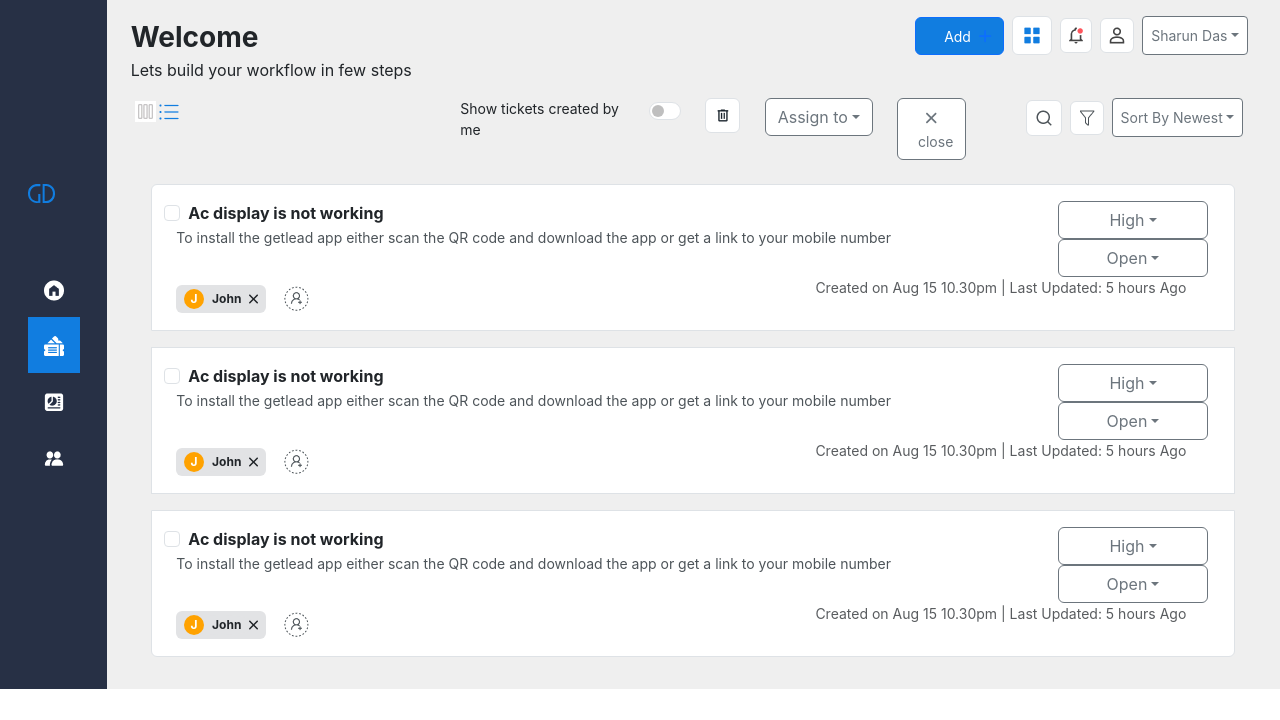
Repository: rishikarajeev/GL_HelpDesk
Page: /
An editor plug-in stored every save of this project. The page is shown before and after the next save, followed by the edit.
The browser window is 1280 px wide. The pictures show the whole page.
The project was rebuilt for these pictures with package versions that can differ from the ones it lists, and the page was loaded fresh each time. Also part of the build but not shown: src/App.css, src/Pages/HomePage.jsx.

Above is the page before, as saved 2024-01-11 14:09:13.

### public/index.html
<!DOCTYPE html>
<html lang="en">
  <head>
    <meta charset="utf-8" />
    <link rel="icon" href="%PUBLIC_URL%/favicon.ico" />
    <meta name="viewport" content="width=device-width, initial-scale=1" />
    <meta name="theme-color" content="#000000" />
    <meta
      name="description"
      content="Web site created using create-react-app"
    />
    <link rel="apple-touch-icon" href="%PUBLIC_URL%/logo192.png" />
    <link href="https://cdn.jsdelivr.net/npm/bootstrap@5.3.2/dist/css/bootstrap.min.css" rel="stylesheet" integrity="sha384-T3c6CoIi6uLrA9TneNEoa7RxnatzjcDSCmG1MXxSR1GAsXEV/Dwwykc2MPK8M2HN" crossorigin="anonymous">
   <script src="https://cdn.jsdelivr.net/npm/bootstrap@5.3.2/dist/js/bootstrap.bundle.min.js" integrity="sha384-C6RzsynM9kWDrMNeT87bh95OGNyZPhcTNXj1NW7RuBCsyN/o0jlpcV8Qyq46cDfL" crossorigin="anonymous"></script>

   <!--
      manifest.json provides metadata used when your web app is installed on a
      user's mobile device or desktop. See https://developers.google.com/web/fundamentals/web-app-manifest/
    -->
    <link rel="manifest" href="%PUBLIC_URL%/manifest.json" />
    <!--
      Notice the use of %PUBLIC_URL% in the tags above.
      It will be replaced with the URL of the `public` folder during the build.
      Only files inside the `public` folder can be referenced from the HTML.

      Unlike "/favicon.ico" or "favicon.ico", "%PUBLIC_URL%/favicon.ico" will
      work correctly both with client-side routing and a non-root public URL.
      Learn how to configure a non-root public URL by running `npm run build`.
    -->
    <title>React App</title>
  </head>
  <body>
    <noscript>You need to enable JavaScript to run this app.</noscript>
    <div id="root"></div>
    <!--
      This HTML file is a template.
      If you open it directly in the browser, you will see an empty page.

      You can add webfonts, meta tags, or analytics to this file.
      The build step will place the bundled scripts into the <body> tag.

      To begin the development, run `npm start` or `yarn start`.
      To create a production bundle, use `npm run build` or `yarn build`.
    -->
  </body>
</html>

### src/index.js
import React from "react";
import ReactDOM from "react-dom/client";
import "./index.css";
import App from "./App";
import reportWebVitals from "./reportWebVitals";


const root = ReactDOM.createRoot(document.getElementById("root"));
root.render(<App />);

// If you want to start measuring performance in your app, pass a function
// to log results (for example: reportWebVitals(console.log))
// or send to an analytics endpoint. Learn more: https://bit.ly/CRA-vitals
reportWebVitals();

### src/App.js
import logo from "./logo.svg";
import "./App.css";

import { BrowserRouter, Route, Routes } from "react-router-dom";
import ViewTickets from "./Pages/ViewTickets";
import HomePage from "./Pages/HomePage";
import SideBar from "./Components/SideBar";
import { Container, Row, Col } from "react-bootstrap";
import Header from "./Components/Header";
import "./Assets/Css/Styles.css"

function App() {
  return (
    <BrowserRouter>
      <Container fluid>
        <Row>
          <Col xl={1} className="sideBg">
            <SideBar />
          </Col>
          <Col xl={11} className="bgColor">
            <Header />
            <Routes>
              <Route path="/" element={<ViewTickets />}></Route>
              <Route path="/showtickets" element={<ViewTickets />}></Route>
              <Route path="/home" element={<HomePage />}></Route>
            </Routes>
          </Col>
        </Row>
      </Container>
    </BrowserRouter>
  );
}

export default App;

### src/Pages/ViewTickets.jsx
import React from "react";
import TicketItem from "../Components/TicketItem";
import {
  Container,
  Row,
  Col,
  Navbar,
  Nav,
  Button,
  ListGroup,
  Dropdown,Image
} from "react-bootstrap";
import column_icon from "../Assets/Images/fluent_column-triple-20-regular.jpg";
import list_icon from "../Assets/Images/ph_list-bullets-light.png";
import search_icon from "../Assets/Images/ri_search-line.png";
import delete_icon from "../Assets/Images/material-symbols_delete-outline.jpg";
import { FontAwesomeIcon } from "@fortawesome/react-fontawesome";
import { faTimes } from "@fortawesome/free-solid-svg-icons";
import filter_icon from "../Assets/Images/cil_filter.png";

function ViewTickets() {
  return (
    <Container >
      <Row className=" mt-3 mb-2  ">
        <Col>
          <img src={column_icon} alt="Local Icon" />

          <img src={list_icon} />
        </Col>
        <Col className="d-none d-lg-block">
          <div class="form-check form-switch ms-0 d-flex align-items-start">
          <label
              class="form-check-label small me-5 p "
              for="flexSwitchCheckDefault"
            >
              Show tickets created by me
            </label>
          <input
              className="form-check-input p-2"
              type="checkbox"
              role="switch"
              id="flexSwitchCheckDefault"
            />



          </div>
        </Col>
        <Col className="d-none d-md-block ">
          <Row >
          <Col >
          <Image
            src={delete_icon}
            alt="Local Icon"
            className="img-thumbnail  bg-white p-2"
          />
          </Col>
          <Col>
            <Dropdown >
              <Dropdown.Toggle variant="outline-secondary" id="dropdown-basic"  className="bg-white" >
              Assign to
              </Dropdown.Toggle>

              <Dropdown.Menu>
                <Dropdown.Item href="#/action-1">Assign to </Dropdown.Item>
                <Dropdown.Item href="#/action-2">Sharun</Dropdown.Item>

              </Dropdown.Menu>
            </Dropdown>
            </Col>
            <Col>
          <Button variant="btn btn-outline-secondary bg-white ">
            <FontAwesomeIcon icon={faTimes} className="small" />
            <span className="small ms-2">close</span>
          </Button>
          </Col>
          </Row>
        </Col>
        <Col className="text-end d-none d-lg-block">
          <img
            src={search_icon}
            alt="Local Icon"
            className="img-thumbnail me-2 p-2 bg-white"
          />
          <img
            src={filter_icon}
            alt="Local Icon"
            className="img-thumbnail me-2 p-2 bg-white"
          />
          <button
            class="btn btn-outline-secondary btn-sm dropdown-toggle me-2  p-2 bg-white"
            type="button"
            data-bs-toggle="dropdown"
            aria-expanded="false"
          >
            Sort By Newest
          </button>
        </Col>
      </Row>
      <ListGroup className="p-3">
        <ListGroup.Item className=" border mb-3">
          <TicketItem />
        </ListGroup.Item>
        <ListGroup.Item className=" border mb-3">
          <TicketItem />
        </ListGroup.Item>
        <ListGroup.Item className=" border mb-3">
          <TicketItem />
        </ListGroup.Item>
      </ListGroup>
    </Container>
  );
}

export default ViewTickets;

### src/Components/SideBar.jsx
import React, { useState } from "react";
import { Navbar, Nav } from "react-bootstrap";
import ticketIcon from "../Assets/Images/Layer_1.png";
import logo from "../Assets/Images/logo.png";
import profile from "../Assets/Images/profile_icon.png";
import filemanagr from "../Assets/Images/Frame.png";
import homeIcon from "../Assets/Images/el_home-alt.png";
import "../Assets/Css/Styles.css";

function SideBar() {
  const [activeIcon, setActiveIcon] = useState("tickets"); // Set the initial active icon

  return (
    <Navbar expand="lg" variant="dark" className=" p-3  h-100">
      <Navbar.Toggle aria-controls="sidebar" className="order-0 ml-auto" />
      <Navbar.Collapse id="sidebar">
        <Nav className="flex-column sideBg">
          <Navbar.Brand className="mb-5">
            {" "}
            <img src={logo} alt="Home Icon " className="icon" />
          </Navbar.Brand>

          <Nav.Item
            className={`nav-item p-2 ${
              activeIcon === "home" ? "selectedColor" : ""
            }`}
          >
            <Nav.Link
              className="nav-link text-white"
              onClick={() => setActiveIcon("home")}
              href="/home"
            >
              <img src={homeIcon} alt="Home Icon" className="icon" />
            </Nav.Link>
          </Nav.Item>
          <Nav.Item
            className={`nav-item p-2 ${
              activeIcon === "tickets" ? "selectedColor" : ""
            }`}
          >
            <Nav.Link
              className="nav-link"
              onClick={() => setActiveIcon("tickets")}
              href="/showtickets"
            >
              <img src={ticketIcon} alt="Ticket Icon" className="icon" />
            </Nav.Link>
          </Nav.Item>
          <Nav.Item
            className={`nav-item p-2 ${
              activeIcon === "file" ? "selectedColor" : ""
            }`}
          >
            <Nav.Link
              className="nav-link"
              onClick={() => setActiveIcon("file")}
              href="#"
            >
              <img src={filemanagr} alt="file Icon" className="icon" />
            </Nav.Link>
          </Nav.Item>
          <Nav.Item
            className={`nav-item p-2 ${
              activeIcon === "profile" ? "selectedColor" : ""
            }`}
          >
            <Nav.Link
              className="nav-link"
              onClick={() => setActiveIcon("profile")}
              href="#"
            >
              <img src={profile} alt="profile Icon" className="icon" />
            </Nav.Link>
          </Nav.Item>
          <Nav.Item
            className={`nav-item p-2 ${
              activeIcon === "settings" ? "selectedColor" : ""
            }`}
          >
            <Nav.Link
              className="nav-link text-white"
              onClick={() => setActiveIcon("settings")}
              href="#"
            >
              <i className="fas fa-cogs"></i>
            </Nav.Link>
          </Nav.Item>
        </Nav>
      </Navbar.Collapse>
    </Navbar>
  );
}

export default SideBar;

### src/Components/Header.jsx
import React from "react";

import menu_icon from "../Assets/Images/ep_menu.png";
import notificatn_icon from "../Assets/Images/Group 10.png";
import user_icon from "../Assets/Images/ooui_user-avatar-outline.png";
import { Container, Row, Col, Navbar, Nav, Button } from "react-bootstrap";
import { FontAwesomeIcon } from "@fortawesome/react-fontawesome";
import { faTimes,faPlus  } from "@fortawesome/free-solid-svg-icons";

function Header() {
  return (
    <Container fluid>
      <Row className=" justify-content-end mt-3 mb-3">
        <Col sm={8}>
          <Row>
            <a class="navbar-brand fs-3 fw-bolder" href="#">
              Welcome
            </a>
          </Row>
          <Row>
            <span>Lets build your workflow in few steps</span>
          </Row>
        </Col>

        <Col sm={4} className="text-end">
        <Button variant="btn btn-outline-primary selectedColor me-2">
        <span className="small ms-2 text-white p-2">Add</span>
            <FontAwesomeIcon icon={faPlus } className="small" />

          </Button>
          <img
            src={menu_icon}
            alt="Local Icon"
            className="img-thumbnail me-2 p-2 bg-white"
          />
          <img
            src={notificatn_icon}
            alt="Local Icon"
            className="img-thumbnail me-2 p-2 bg-white"
          />
          <img
            src={user_icon}
            alt="Local Icon"
            className="img-thumbnail me-2 p-2 bg-white"
          />
          <button
            className="btn btn-outline-secondary btn-sm dropdown-toggle me-2 p-2 bg-white"
            type="button"
            data-bs-toggle="dropdown"
            aria-expanded="false"
          >
            Sharun Das
          </button>
        </Col>
      </Row>
    </Container>
  );
}

export default Header;

### src/Assets/Css/Styles.css
.sideBg{
    background-color:  #273045;
    text-align: left;


}
.selectedColor{
    background-color:  #117DE0;


}
.bgColor{
    background-color:  #EFEFEF;

}
.txt-ticket-color{
  color:#4D5459

}


  .circle-icon {
    width: 20px;
    height: 20px;
    border-radius: 50%;
    background-color: #ffa200; /* Choose your desired background color */
    display: flex;
    align-items: center;
    justify-content: center;
    color: #fff; /* Choose your desired text color */
  }
  .close-icon {
    position: absolute;
    color:black;
    top: 50%;
    left: 50%;
    transform: translate(-50%, -50%);
  }

### src/Components/TicketItem.jsx
import React from "react";
import { Container, Row, Col, Button, Image,Dropdown } from "react-bootstrap";
import UserBadge from "../Components/UserBadge";
import userAddIcon from "../Assets/Images/Group 758674.png";

function TicketItem() {
  const userName = "John";
  return (
    <Container fluid className="p-2">
      <Row>
        <Col xl={10}>
          <Row>
            <div className="form-check">
              <input
                className="form-check-input"
                type="checkbox"
                value=""
                id="flexCheckDefault"
              />
              <label
                className="form-check-label  fw-bolder"
                htmlFor="flexCheckDefault"
              >
                Ac display is not working
              </label>
            </div>
          </Row>
          <Row>
            <p className="small text-wrap txt-ticket-color">
              To install the getlead app either scan the QR code and download
              the app or get a link to your mobile number
            </p>
          </Row>
        </Col>
        <Col xl={2}>
          <Row>
            <Dropdown >
              <Dropdown.Toggle variant="outline-secondary" id="dropdown-basic" style={{ width: '150px' }}>
               High
              </Dropdown.Toggle>

              <Dropdown.Menu>
                <Dropdown.Item href="#/action-1">High </Dropdown.Item>
                <Dropdown.Item href="#/action-2">Low</Dropdown.Item>

              </Dropdown.Menu>
            </Dropdown>

            <Dropdown>
              <Dropdown.Toggle variant="outline-secondary" id="dropdown-basic" style={{ width: '150px' }}>
               Open
              </Dropdown.Toggle>

              <Dropdown.Menu>
                <Dropdown.Item href="#/action-1">Open </Dropdown.Item>
                <Dropdown.Item href="#/action-2">Pending</Dropdown.Item>

              </Dropdown.Menu>
            </Dropdown>
          </Row>
        </Col>
        <Row>
          <Col xl={5} className="mt-2">
            <Row>
              <Col sm={3}>
                <UserBadge name={userName} />
              </Col>
              <Col sm={2}>
                <Image src={userAddIcon} alt="Local Icon" rounded />
              </Col>
            </Row>
          </Col>

          <Col xl={7} className="text-end">
            <p className="text-muted small">
              Created on Aug 15 10.30pm | Last Updated: 5 hours Ago
            </p>
          </Col>
        </Row>
      </Row>
    </Container>
  );
}

export default TicketItem;

### src/Components/UserBadge.jsx
// UserBadge.js
import React from "react";
import { Badge } from "react-bootstrap";
import "../Assets/Css/Styles.css";
import { FontAwesomeIcon } from "@fortawesome/react-fontawesome";
import { faTimes } from "@fortawesome/free-solid-svg-icons";

const UserBadge = ({ name }) => {
  const initials = name
    .split(" ")
    .map((word) => word[0])
    .join("");

  return (
    <div>
      <Badge bg="secondary-subtle ">
        <div className="rounded-circle bg-secondary-subtle text-dark d-flex align-items-center justify-content-center">
          <div className="circle-icon">
            {" "}
            <span>{initials} </span>{" "}
          </div>
          <span className="ms-2">{name} </span>

          <FontAwesomeIcon icon={faTimes} className=" ms-2" />
        </div>
      </Badge>
    </div>
  );
};

export default UserBadge;

Loaded but not shown: src/index.css (common file); src/reportWebVitals.js (common file)

After the next save:
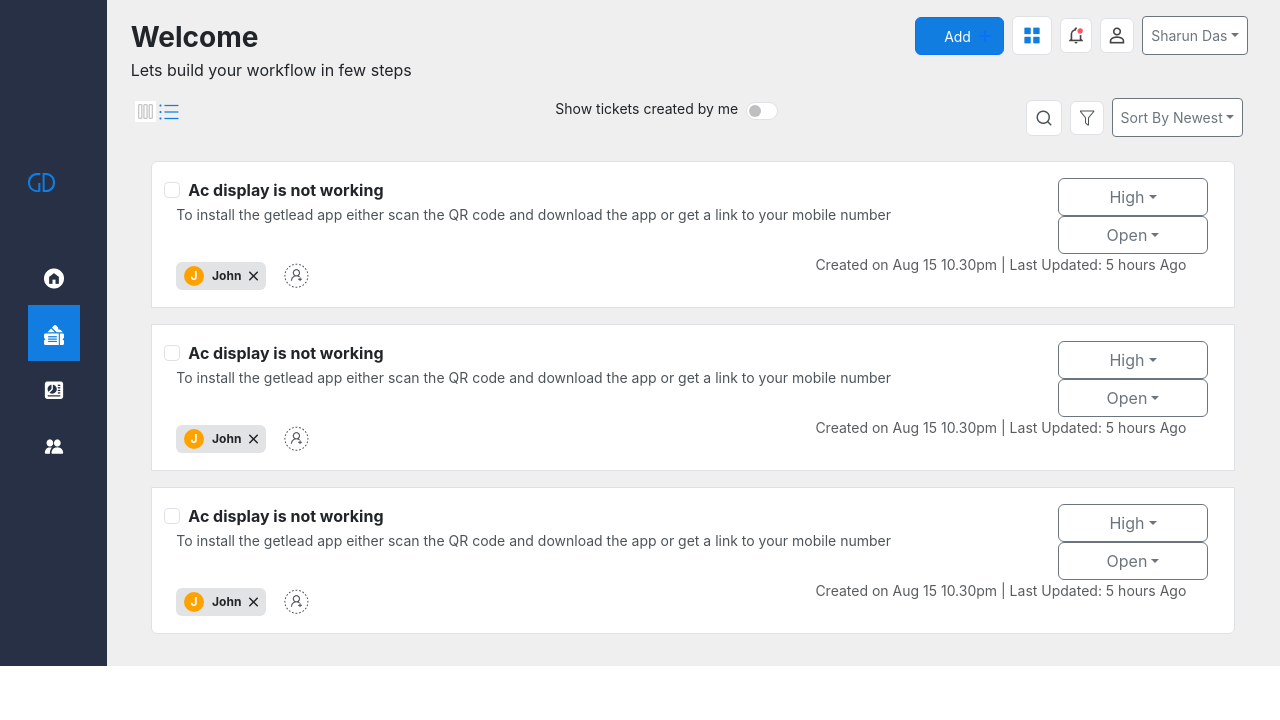
Saved 41 s later.
--- a/src/Pages/ViewTickets.jsx
+++ b/src/Pages/ViewTickets.jsx
@@ -46,36 +46,7 @@ function ViewTickets() {
 
           </div>
         </Col>
-        <Col className="d-none d-md-block ">
-          <Row >
-          <Col >
-          <Image
-            src={delete_icon}
-            alt="Local Icon"
-            className="img-thumbnail  bg-white p-2"
-          />
-          </Col>
-          <Col>
-            <Dropdown >
-              <Dropdown.Toggle variant="outline-secondary" id="dropdown-basic"  className="bg-white" >
-              Assign to
-              </Dropdown.Toggle>
 
-              <Dropdown.Menu>
-                <Dropdown.Item href="#/action-1">Assign to </Dropdown.Item>
-                <Dropdown.Item href="#/action-2">Sharun</Dropdown.Item>
-
-              </Dropdown.Menu>
-            </Dropdown>
-            </Col>
-            <Col>
-          <Button variant="btn btn-outline-secondary bg-white ">
-            <FontAwesomeIcon icon={faTimes} className="small" />
-            <span className="small ms-2">close</span>
-          </Button>
-          </Col>
-          </Row>
-        </Col>
         <Col className="text-end d-none d-lg-block">
           <img
             src={search_icon}
